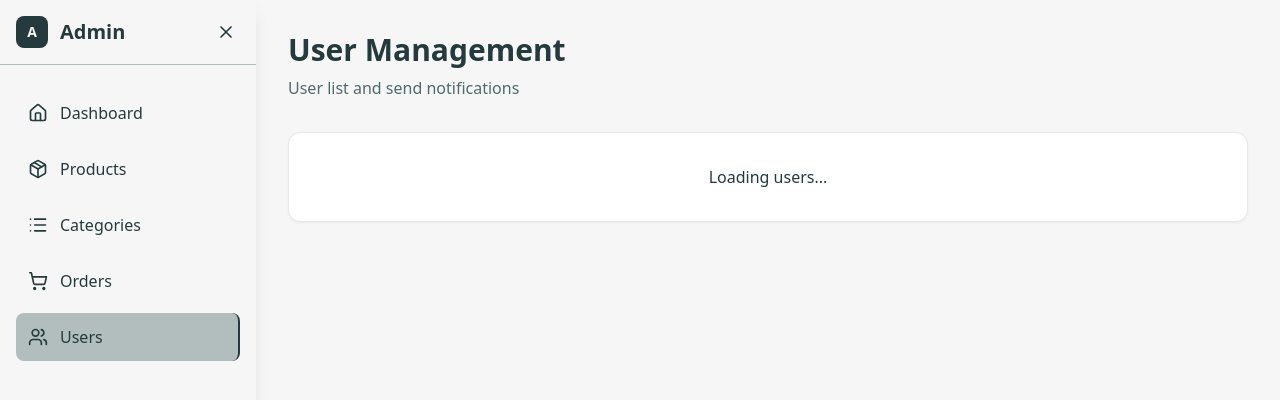
Repository: Tlyl1111/homz-admin
Page: /users
These files come from the project's save history. The page is drawn as it stood at one moment and after the next save; the edit follows.
The browser window is 1280 px wide. The pictures show the whole page.
The page's requests for data from a server got no answer. The project was rebuilt for these pictures with package versions that can differ from the ones it lists, and the page was loaded fresh each time. No one was signed in, and anything a server would have sent is missing. Also part of the build but not shown: vite.config.ts, src/components/ui/tooltip.tsx, src/components/DashboardStats.tsx, src/components/SalesChart.tsx, src/components/RecentOrders.tsx, src/pages/Index.tsx, src/components/ProductTable.tsx, src/components/ProductForm.tsx and 8 more.

Above is the page before, as saved 2025-06-11 12:54:52.

### index.html
<!DOCTYPE html>
<html lang="en">
  <head>
    <meta charset="UTF-8" />
    <meta name="viewport" content="width=device-width, initial-scale=1.0" />
    <title>Admin - Homz</title>
    <meta
      name="description"
      content="Admin management system for e-commerce website"
    />
    <meta name="author" content="Default" />

    <meta property="og:title" content="Admin - Homz" />
    <meta
      property="og:description"
      content="Admin management system for e-commerce website"
    />
    <meta property="og:type" content="website" />
    <meta property="og:image" content="./public/logo.png" />

    <meta name="twitter:card" content="summary_large_image" />
    <meta name="twitter:site" content="@lovable_dev" />
    <meta name="twitter:image" content="./public/logo.png" />
  </head>

  <body>
    <div id="root"></div>
    <script type="module" src="/src/main.tsx"></script>
  </body>
</html>

### src/App.tsx

import { Toaster } from "@/components/ui/toaster";
import { Toaster as Sonner } from "@/components/ui/sonner";
import { TooltipProvider } from "@/components/ui/tooltip";
import { QueryClient, QueryClientProvider } from "@tanstack/react-query";
import { BrowserRouter, Routes, Route } from "react-router-dom";
import Index from "./pages/Index";
import Products from "./pages/Products";
import Categories from "./pages/Categories";
import Orders from "./pages/Orders";
import Users from "./pages/Users";
import NotFound from "./pages/NotFound";

const queryClient = new QueryClient();

const App = () => (
  <QueryClientProvider client={queryClient}>
    <TooltipProvider>
      <Toaster />
      <Sonner />
      <BrowserRouter>
        <Routes>
          <Route path="/" element={<Index />} />
          <Route path="/products" element={<Products />} />
          <Route path="/categories" element={<Categories />} />
          <Route path="/orders" element={<Orders />} />
          <Route path="/users" element={<Users />} />
          {/* ADD ALL CUSTOM ROUTES ABOVE THE CATCH-ALL "*" ROUTE */}
          <Route path="*" element={<NotFound />} />
        </Routes>
      </BrowserRouter>
    </TooltipProvider>
  </QueryClientProvider>
);

export default App;

### src/index.css

@tailwind base;
@tailwind components;
@tailwind utilities;

/* Definition of the design system. All colors, gradients, fonts, etc should be defined here. */

@layer base {
  :root {
    --background: 0 0% 96.5%; /* #F6F6F6 */
    --foreground: 185 23% 19%; /* #325052 */

    --card: 0 0% 96.5%; /* #F6F6F6 */
    --card-foreground: 185 23% 19%; /* #325052 */

    --popover: 0 0% 96.5%; /* #F6F6F6 */
    --popover-foreground: 185 23% 19%; /* #325052 */

    --primary: 185 23% 19%; /* #325052 */
    --primary-foreground: 0 0% 96.5%; /* #F6F6F6 */

    --secondary: 180 8% 72%; /* #ADB9BA */
    --secondary-foreground: 185 23% 19%; /* #325052 */

    --muted: 180 8% 72%; /* #ADB9BA */
    --muted-foreground: 185 14% 37%; /* #5B7375 */

    --accent: 180 8% 72%; /* #ADB9BA */
    --accent-foreground: 185 23% 19%; /* #325052 */

    --destructive: 0 84.2% 60.2%;
    --destructive-foreground: 0 0% 96.5%;

    --border: 180 8% 72%; /* #ADB9BA */
    --input: 180 8% 72%; /* #ADB9BA */
    --ring: 185 23% 19%; /* #325052 */

    --radius: 0.5rem;

    --sidebar-background: 0 0% 96.5%; /* #F6F6F6 */
    --sidebar-foreground: 185 23% 19%; /* #325052 */
    --sidebar-primary: 185 23% 19%; /* #325052 */
    --sidebar-primary-foreground: 0 0% 96.5%; /* #F6F6F6 */
    --sidebar-accent: 180 8% 72%; /* #ADB9BA */
    --sidebar-accent-foreground: 185 23% 19%; /* #325052 */
    --sidebar-border: 180 8% 72%; /* #ADB9BA */
    --sidebar-ring: 185 23% 19%; /* #325052 */
  }

  .dark {
    --background: 185 23% 19%; /* #325052 */
    --foreground: 0 0% 96.5%; /* #F6F6F6 */

    --card: 185 23% 19%; /* #325052 */
    --card-foreground: 0 0% 96.5%; /* #F6F6F6 */

    --popover: 185 23% 19%; /* #325052 */
    --popover-foreground: 0 0% 96.5%; /* #F6F6F6 */

    --primary: 0 0% 96.5%; /* #F6F6F6 */
    --primary-foreground: 185 23% 19%; /* #325052 */

    --secondary: 185 14% 37%; /* #5B7375 */
    --secondary-foreground: 0 0% 96.5%; /* #F6F6F6 */

    --muted: 185 14% 37%; /* #5B7375 */
    --muted-foreground: 180 8% 72%; /* #ADB9BA */

    --accent: 185 14% 37%; /* #5B7375 */
    --accent-foreground: 0 0% 96.5%; /* #F6F6F6 */

    --destructive: 0 62.8% 30.6%;
    --destructive-foreground: 0 0% 96.5%;

    --border: 185 14% 37%; /* #5B7375 */
    --input: 185 14% 37%; /* #5B7375 */
    --ring: 0 0% 96.5%; /* #F6F6F6 */
    --sidebar-background: 185 23% 19%; /* #325052 */
    --sidebar-foreground: 0 0% 96.5%; /* #F6F6F6 */
    --sidebar-primary: 0 0% 96.5%; /* #F6F6F6 */
    --sidebar-primary-foreground: 185 23% 19%; /* #325052 */
    --sidebar-accent: 185 14% 37%; /* #5B7375 */
    --sidebar-accent-foreground: 0 0% 96.5%; /* #F6F6F6 */
    --sidebar-border: 185 14% 37%; /* #5B7375 */
    --sidebar-ring: 0 0% 96.5%; /* #F6F6F6 */
  }
}

@layer base {
  * {
    @apply border-border;
  }

  body {
    @apply bg-background text-foreground;
  }
}

### src/components/ui/toaster.tsx
import { useToast } from "@/hooks/use-toast"
import {
  Toast,
  ToastClose,
  ToastDescription,
  ToastProvider,
  ToastTitle,
  ToastViewport,
} from "@/components/ui/toast"

export function Toaster() {
  const { toasts } = useToast()

  return (
    <ToastProvider>
      {toasts.map(function ({ id, title, description, action, ...props }) {
        return (
          <Toast key={id} {...props}>
            <div className="grid gap-1">
              {title && <ToastTitle>{title}</ToastTitle>}
              {description && (
                <ToastDescription>{description}</ToastDescription>
              )}
            </div>
            {action}
            <ToastClose />
          </Toast>
        )
      })}
      <ToastViewport />
    </ToastProvider>
  )
}

### src/components/ui/sonner.tsx
import { useTheme } from "next-themes"
import { Toaster as Sonner, toast } from "sonner"

type ToasterProps = React.ComponentProps<typeof Sonner>

const Toaster = ({ ...props }: ToasterProps) => {
  const { theme = "system" } = useTheme()

  return (
    <Sonner
      theme={theme as ToasterProps["theme"]}
      className="toaster group"
      toastOptions={{
        classNames: {
          toast:
            "group toast group-[.toaster]:bg-background group-[.toaster]:text-foreground group-[.toaster]:border-border group-[.toaster]:shadow-lg",
          description: "group-[.toast]:text-muted-foreground",
          actionButton:
            "group-[.toast]:bg-primary group-[.toast]:text-primary-foreground",
          cancelButton:
            "group-[.toast]:bg-muted group-[.toast]:text-muted-foreground",
        },
      }}
      {...props}
    />
  )
}

export { Toaster, toast }

### src/pages/Users.tsx

import { useState } from "react";
import { Sidebar } from "../components/Sidebar";
import { UserTable } from "../components/UserTable";
import { NotificationForm } from "../components/NotificationForm";
import { Bell } from "lucide-react";

const Users = () => {
  const [sidebarOpen, setSidebarOpen] = useState(true);
  const [showNotificationForm, setShowNotificationForm] = useState(false);

  return (
    <div className="min-h-screen bg-background flex">
      <Sidebar isOpen={sidebarOpen} onToggle={() => setSidebarOpen(!sidebarOpen)} />

      <div className={`flex-1 transition-all duration-300 ${sidebarOpen ? 'ml-64' : 'ml-16'}`}>
        <div className="p-8">
          <div className="flex justify-between items-center mb-8">
            <div>
              <h1 className="text-3xl font-bold text-foreground mb-2">User Management</h1>
              <p className="text-muted-foreground">User list and send notifications</p>
            </div>
          </div>

          {showNotificationForm ? (
            <NotificationForm onClose={() => setShowNotificationForm(false)} />
          ) : (
            <UserTable />
          )}
        </div>
      </div>
    </div>
  );
};

export default Users;

### src/components/ui/toast.tsx
import * as React from "react"
import * as ToastPrimitives from "@radix-ui/react-toast"
import { cva, type VariantProps } from "class-variance-authority"
import { X } from "lucide-react"

import { cn } from "@/lib/utils"

const ToastProvider = ToastPrimitives.Provider

const ToastViewport = React.forwardRef<
  React.ElementRef<typeof ToastPrimitives.Viewport>,
  React.ComponentPropsWithoutRef<typeof ToastPrimitives.Viewport>
>(({ className, ...props }, ref) => (
  <ToastPrimitives.Viewport
    ref={ref}
    className={cn(
      "fixed top-0 z-[100] flex max-h-screen w-full flex-col-reverse p-4 sm:bottom-0 sm:right-0 sm:top-auto sm:flex-col md:max-w-[420px]",
      className
    )}
    {...props}
  />
))
ToastViewport.displayName = ToastPrimitives.Viewport.displayName

const toastVariants = cva(
  "group pointer-events-auto relative flex w-full items-center justify-between space-x-4 overflow-hidden rounded-md border p-6 pr-8 shadow-lg transition-all data-[swipe=cancel]:translate-x-0 data-[swipe=end]:translate-x-[var(--radix-toast-swipe-end-x)] data-[swipe=move]:translate-x-[var(--radix-toast-swipe-move-x)] data-[swipe=move]:transition-none data-[state=open]:animate-in data-[state=closed]:animate-out data-[swipe=end]:animate-out data-[state=closed]:fade-out-80 data-[state=closed]:slide-out-to-right-full data-[state=open]:slide-in-from-top-full data-[state=open]:sm:slide-in-from-bottom-full",
  {
    variants: {
      variant: {
        default: "border bg-background text-foreground",
        destructive:
          "destructive group border-destructive bg-destructive text-destructive-foreground",
      },
    },
    defaultVariants: {
      variant: "default",
    },
  }
)

const Toast = React.forwardRef<
  React.ElementRef<typeof ToastPrimitives.Root>,
  React.ComponentPropsWithoutRef<typeof ToastPrimitives.Root> &
    VariantProps<typeof toastVariants>
>(({ className, variant, ...props }, ref) => {
  return (
    <ToastPrimitives.Root
      ref={ref}
      className={cn(toastVariants({ variant }), className)}
      {...props}
    />
  )
})
Toast.displayName = ToastPrimitives.Root.displayName

const ToastAction = React.forwardRef<
  React.ElementRef<typeof ToastPrimitives.Action>,
  React.ComponentPropsWithoutRef<typeof ToastPrimitives.Action>
>(({ className, ...props }, ref) => (
  <ToastPrimitives.Action
    ref={ref}
    className={cn(
      "inline-flex h-8 shrink-0 items-center justify-center rounded-md border bg-transparent px-3 text-sm font-medium ring-offset-background transition-colors hover:bg-secondary focus:outline-none focus:ring-2 focus:ring-ring focus:ring-offset-2 disabled:pointer-events-none disabled:opacity-50 group-[.destructive]:border-muted/40 group-[.destructive]:hover:border-destructive/30 group-[.destructive]:hover:bg-destructive group-[.destructive]:hover:text-destructive-foreground group-[.destructive]:focus:ring-destructive",
      className
    )}
    {...props}
  />
))
ToastAction.displayName = ToastPrimitives.Action.displayName

const ToastClose = React.forwardRef<
  React.ElementRef<typeof ToastPrimitives.Close>,
  React.ComponentPropsWithoutRef<typeof ToastPrimitives.Close>
>(({ className, ...props }, ref) => (
  <ToastPrimitives.Close
    ref={ref}
    className={cn(
      "absolute right-2 top-2 rounded-md p-1 text-foreground/50 opacity-0 transition-opacity hover:text-foreground focus:opacity-100 focus:outline-none focus:ring-2 group-hover:opacity-100 group-[.destructive]:text-red-300 group-[.destructive]:hover:text-red-50 group-[.destructive]:focus:ring-red-400 group-[.destructive]:focus:ring-offset-red-600",
      className
    )}
    toast-close=""
    {...props}
  >
    <X className="h-4 w-4" />
  </ToastPrimitives.Close>
))
ToastClose.displayName = ToastPrimitives.Close.displayName

const ToastTitle = React.forwardRef<
  React.ElementRef<typeof ToastPrimitives.Title>,
  React.ComponentPropsWithoutRef<typeof ToastPrimitives.Title>
>(({ className, ...props }, ref) => (
  <ToastPrimitives.Title
    ref={ref}
    className={cn("text-sm font-semibold", className)}
    {...props}
  />
))
ToastTitle.displayName = ToastPrimitives.Title.displayName

const ToastDescription = React.forwardRef<
  React.ElementRef<typeof ToastPrimitives.Description>,
  React.ComponentPropsWithoutRef<typeof ToastPrimitives.Description>
>(({ className, ...props }, ref) => (
  <ToastPrimitives.Description
    ref={ref}
    className={cn("text-sm opacity-90", className)}
    {...props}
  />
))
ToastDescription.displayName = ToastPrimitives.Description.displayName

type ToastProps = React.ComponentPropsWithoutRef<typeof Toast>

type ToastActionElement = React.ReactElement<typeof ToastAction>

export {
  type ToastProps,
  type ToastActionElement,
  ToastProvider,
  ToastViewport,
  Toast,
  ToastTitle,
  ToastDescription,
  ToastClose,
  ToastAction,
}

### src/components/Sidebar.tsx

import { Link, useLocation } from "react-router-dom";
import { Home, Package, ShoppingCart, Users, Menu, X, List } from "lucide-react";

interface SidebarProps {
  isOpen: boolean;
  onToggle: () => void;
}

export const Sidebar = ({ isOpen, onToggle }: SidebarProps) => {
  const location = useLocation();

  const menuItems = [
    { name: "Dashboard", icon: Home, path: "/" },
    { name: "Products", icon: Package, path: "/products" },
    { name: "Categories", icon: List, path: "/categories" },
    { name: "Orders", icon: ShoppingCart, path: "/orders" },
    { name: "Users", icon: Users, path: "/users" },
  ];

  return (
    <div className={`fixed left-0 top-0 h-full bg-sidebar shadow-lg transition-all duration-300 z-50 ${
      isOpen ? 'w-64' : 'w-16'
    }`}>
      <div className="p-4 border-b border-sidebar-border">
        <div className="flex items-center justify-between">
          <div className={`flex items-center ${isOpen ? '' : 'justify-center'}`}>
            <div className="w-8 h-8 bg-primary rounded-lg flex items-center justify-center">
              <span className="text-primary-foreground font-bold text-sm">A</span>
            </div>
            {isOpen && (
              <span className="ml-3 text-xl font-bold text-sidebar-foreground">Admin</span>
            )}
          </div>
          <button
            onClick={onToggle}
            className="p-1 hover:bg-sidebar-accent rounded-md transition-colors"
          >
            {isOpen ? <X size={20} /> : <Menu size={20} />}
          </button>
        </div>
      </div>

      <nav className="mt-6 px-4">
        {menuItems.map((item) => {
          const isActive = location.pathname === item.path;
          return (
            <Link
              key={item.name}
              to={item.path}
              className={`flex items-center px-3 py-3 mb-2 rounded-lg transition-colors ${
                isActive
                  ? 'bg-sidebar-accent text-sidebar-primary border-r-2 border-sidebar-primary'
                  : 'text-sidebar-foreground hover:bg-sidebar-accent'
              } ${isOpen ? '' : 'justify-center'}`}
            >
              <item.icon size={20} />
              {isOpen && <span className="ml-3 font-medium">{item.name}</span>}
            </Link>
          );
        })}
      </nav>
    </div>
  );
};

### src/components/UserTable.tsx

import { Edit, Trash2 } from "lucide-react";
import { useQuery } from "@tanstack/react-query";
import { supabase } from "@/integrations/supabase/client";

export const UserTable = () => {
  const { data: users = [], isLoading, error } = useQuery({
    queryKey: ['users'],
    queryFn: async () => {
      const { data, error } = await supabase
        .from('Users')
        .select('*')
        .order('Name', { ascending: true });

      if (error) {
        console.error('Error fetching users:', error);
        throw error;
      }

      return data || [];
    }
  });

  const formatPrice = (price: number) => {
    return new Intl.NumberFormat('en-US', {
      style: 'currency',
      currency: 'USD'
    }).format(price);
  };


  if (isLoading) {
    return (
      <div className="bg-white rounded-xl shadow-sm border border-gray-200 p-8">
        <div className="text-center">Loading users...</div>
      </div>
    );
  }

  if (error) {
    return (
      <div className="bg-white rounded-xl shadow-sm border border-gray-200 p-8">
        <div className="text-center text-red-600">Error loading users: {error.message}</div>
      </div>
    );
  }

  if (users.length === 0) {
    return (
      <div className="bg-white rounded-xl shadow-sm border border-gray-200 p-8">
        <div className="text-center text-gray-500">No users found</div>
      </div>
    );
  }

  return (
    <div className="bg-white rounded-xl shadow-sm border border-gray-200 overflow-hidden">
      <div className="overflow-x-auto">
        <table className="w-full">
          <thead className="bg-gray-50 border-b border-gray-200">
            <tr>
              <th className="px-6 py-4 text-left text-xs font-medium text-gray-500 uppercase tracking-wider">
                User
              </th>
              <th className="px-6 py-4 text-left text-xs font-medium text-gray-500 uppercase tracking-wider">
                Contact
              </th>
              <th className="px-6 py-4 text-left text-xs font-medium text-gray-500 uppercase tracking-wider">
                Role
              </th>
            </tr>
          </thead>
          <tbody className="divide-y divide-gray-200">
            {users.map((user) => (
              <tr key={user.Uid} className="hover:bg-gray-50">
                <td className="px-6 py-4 whitespace-nowrap">
                  <div className="flex items-center">
                    <div className="w-10 h-10 rounded-full bg-gray-200 mr-4 flex items-center justify-center">
                      <span className="text-sm text-gray-500">
                        {user.Name?.charAt(0)?.toUpperCase() || 'U'}
                      </span>
                    </div>
                    <div>
                      <div className="text-sm font-medium text-gray-900">{user.Name || 'Unknown User'}</div>
                      <div className="text-sm text-gray-500">ID: {user.Uid}</div>
                    </div>
                  </div>
                </td>
                <td className="px-6 py-4 whitespace-nowrap">
                  <div>
                    <div className="text-sm text-gray-900">{user.Email || 'No email'}</div>
                    <div className="text-sm text-gray-500">User ID: {user.Uid}</div>
                  </div>
                </td>
                <td className="px-6 py-4 whitespace-nowrap">
                <span className={`px-2 py-1 rounded-full text-xs font-medium ${
                  user.role === 'admin'
                    ? 'bg-red-100 text-red-800'
                    : 'bg-blue-100 text-blue-800'
                }`}>
                  {user.role || 'N/A'}
                </span>
                </td>
              </tr>
            ))}
          </tbody>
        </table>
      </div>
    </div>
  );
};

### src/integrations/supabase/client.ts
// This file is automatically generated. Do not edit it directly.
import { createClient } from '@supabase/supabase-js';
import type { Database } from './types';

const SUPABASE_URL = "https://yyatkmqoydfwfolblruu.supabase.co";
const SUPABASE_PUBLISHABLE_KEY = "eyJhbGciOiJIUzI1NiIsInR5cCI6IkpXVCJ9.eyJpc3MiOiJzdXBhYmFzZSIsInJlZiI6Inl5YXRrbXFveWRmd2ZvbGJscnV1Iiwicm9sZSI6ImFub24iLCJpYXQiOjE3NDg0NDAzNDQsImV4cCI6MjA2NDAxNjM0NH0.g0uIIvWhHiqnnspw5nV1YvXHmZFlytlJkcVAcnBeQ6s";

// Import the supabase client like this:
// import { supabase } from "@/integrations/supabase/client";

export const supabase = createClient<Database>(SUPABASE_URL, SUPABASE_PUBLISHABLE_KEY);

### src/components/UserFilters.tsx

import { useState } from "react";
import { Search } from "lucide-react";

interface UserFiltersProps {
  onSearchChange: (search: string) => void;
  onRoleChange: (role: string) => void;
}

export const UserFilters = ({ onSearchChange, onRoleChange }: UserFiltersProps) => {
  const [searchTerm, setSearchTerm] = useState("");
  const [selectedRole, setSelectedRole] = useState("");

  const handleSearchChange = (value: string) => {
    setSearchTerm(value);
    onSearchChange(value);
  };

  const handleRoleChange = (value: string) => {
    setSelectedRole(value);
    onRoleChange(value);
  };

  return (
    <div className="mb-6">
      <div className="flex flex-col md:flex-row gap-4">
        <div className="relative flex-1">
          <Search className="absolute left-3 top-1/2 transform -translate-y-1/2 text-gray-400" size={20} />
          <input
            type="text"
            placeholder="Search users..."
            value={searchTerm}
            onChange={(e) => handleSearchChange(e.target.value)}
            className="w-full pl-10 pr-4 py-2 border border-gray-300 rounded-lg focus:ring-2 focus:ring-blue-500"
          />
        </div>

        <select
          value={selectedRole}
          onChange={(e) => handleRoleChange(e.target.value)}
          className="px-4 py-2 border border-gray-300 rounded-lg focus:ring-2 focus:ring-blue-500"
        >
          <option value="">All Roles</option>
          <option value="admin">Admin</option>
          <option value="user">User</option>
        </select>
      </div>
    </div>
  );
};

Loaded but not shown: src/main.tsx (common file); src/hooks/use-toast.ts (common file); src/lib/utils.ts (common file); tailwind.config.ts (common file)

After the next save:
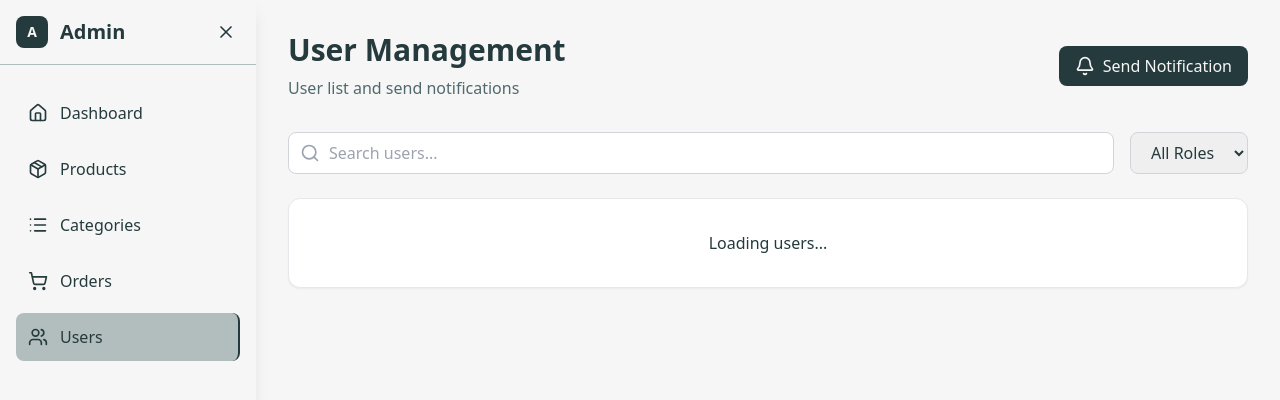
Saved 21 min 50 s later.
--- a/src/pages/Users.tsx
+++ b/src/pages/Users.tsx
@@ -2,12 +2,25 @@
 import { useState } from "react";
 import { Sidebar } from "../components/Sidebar";
 import { UserTable } from "../components/UserTable";
+import { UserFilters } from "../components/UserFilters";
 import { NotificationForm } from "../components/NotificationForm";
 import { Bell } from "lucide-react";
 
 const Users = () => {
   const [sidebarOpen, setSidebarOpen] = useState(true);
   const [showNotificationForm, setShowNotificationForm] = useState(false);
+  const [filters, setFilters] = useState({
+    search: "",
+    role: ""
+  });
+
+  const handleSearchChange = (search: string) => {
+    setFilters(prev => ({ ...prev, search }));
+  };
+
+  const handleRoleChange = (role: string) => {
+    setFilters(prev => ({ ...prev, role }));
+  };
 
   return (
     <div className="min-h-screen bg-background flex">
@@ -20,12 +33,26 @@ const Users = () => {
               <h1 className="text-3xl font-bold text-foreground mb-2">User Management</h1>
               <p className="text-muted-foreground">User list and send notifications</p>
             </div>
+            <button
+              onClick={() => setShowNotificationForm(true)}
+              className="bg-primary hover:bg-primary/90 text-primary-foreground px-4 py-2 rounded-lg flex items-center gap-2 transition-colors"
+            >
+              <Bell size={20} />
+              Send Notification
+            </button>
           </div>
+
+          {!showNotificationForm && (
+            <UserFilters
+              onSearchChange={handleSearchChange}
+              onRoleChange={handleRoleChange}
+            />
+          )}
 
           {showNotificationForm ? (
             <NotificationForm onClose={() => setShowNotificationForm(false)} />
           ) : (
-            <UserTable />
+            <UserTable filters={filters} />
           )}
         </div>
       </div>
